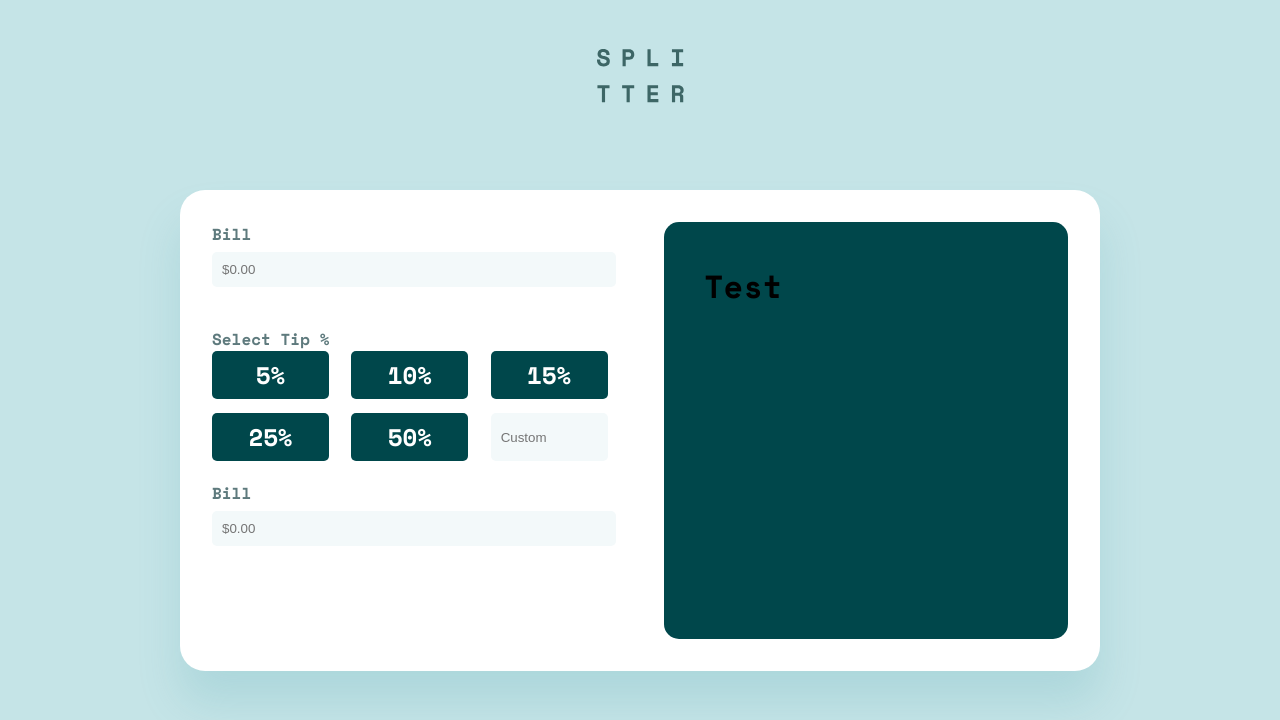
Repository: brandontaylor1/splitter
Page: index.html
The author's editor kept a copy of each file at every save. The page is drawn from the files as they stood at one save, then again after the next save.
The browser window is 1280 px wide. The pictures show the whole page.

Above is the page before, as saved 2025-02-06 16:51:13.

### index.html
<!DOCTYPE html>
<html lang="en">
<head>
    <meta charset="UTF-8">
    <meta name="viewport" content="width=device-width, initial-scale=1.0">
    <link rel="preconnect" href="https://fonts.googleapis.com">
    <link rel="preconnect" href="https://fonts.gstatic.com" crossorigin>
    <link href="https://fonts.googleapis.com/css2?family=Space+Mono:ital,wght@0,400;0,700;1,400;1,700&display=swap" rel="stylesheet">
    <link rel="stylesheet" href="styles.css">
    <title>Splitter | Tip Calculator</title>
</head>
<body>
    <img src="./assets/images/logo.svg" id="logo-image" alt="logo image">
    <main class="container">
            <div class="left-column">
                <div class="bill-input">
                    <h2>Bill</h2>
                    <input type="text" id="bill-input" placeholder="$0.00">
                </div>
                <div class="tip-input">
                    <h2 id="select-tip-title">Select Tip %</h2>
                    <div class="tip-buttons">
                        <button class="tip-button">5%</button>
                        <button class="tip-button">10%</button>
                        <button class="tip-button">15%</button>
                        <button class="tip-button">25%</button>
                        <button class="tip-button">50%</button>
                        <input type="text" id="custom-tip" placeholder="Custom">
                    </div>
                </div>
                <div class="bill-input">
                    <h2>Bill</h2>
                    <input type="text" id="bill-input" placeholder="$0.00">
                </div>
            </div>
        <div class="right-column">
            <h1>Test</h1>
        </div>
    </main>
</body>
</html>

### styles.css
* {
    box-sizing: border-box;
    margin: 0;
    padding: 0;
}

:root {
    --background-color: #C5E4E7;
    --input-button-color: #00474B;
    --primary-white: #fff;
    --calculated-numbers-color: #26C2AE;
    --input-title-color: #5E7A7D;
    --input-background-color: #F3F9FA;
    --input-icon-color: #9EBBBD;
    --title-text-color: #3D6666;
    --custom-input-color: #547878;
}

/* UTILITY CLASSES */
.space-mono-regular {
    font-family: "Space Mono", serif;
    font-weight: 400;
    font-style: normal;
  }

  .space-mono-bold {
    font-family: "Space Mono", serif;
    font-weight: 700;
    font-style: normal;
  }

  .space-mono-regular-italic {
    font-family: "Space Mono", serif;
    font-weight: 400;
    font-style: italic;
  }

  .space-mono-bold-italic {
    font-family: "Space Mono", serif;
    font-weight: 700;
    font-style: italic;
  }


body {
    background-color: #C5E4E7;
    height: 100vh;
    width: 100%;
    display: flex;
    flex-direction: column;
    justify-content: center;
    align-items: center;
    font-family: "Space Mono", monospace;
}

#logo-image {
    margin-bottom: 87px;
}

.container {
    background-color: var(--primary-white);
    width: 920px;
    height: 481px;
    border-radius: 25px;
    box-shadow: 0px 32px 43px 0px rgba(79, 166, 175, 0.20);
    display: grid;
    gap: 48px;
    grid-template-columns: 1fr 1fr;
    padding: 32px;
}

.left-column {
    grid-column: 1 / 2;
    width: 100%;
    height: 100%;
}

.right-column {
    grid-column: 2 / 3;
    width: 100%;
    height: 100%;
    border-radius: 15px;
    background-color: var(--input-text-color);
}

input {
    width: 100%;
    padding: 10px;
    display: flex;
    flex-direction: row;
    justify-content: space-between;
    background-color: var(--input-background-color);
    border: none;
    border-radius: 5px;
    margin-bottom: 20px;
}


.bill-input h2 {
    font-size: 16px;
    color: var(--input-title-color);
    margin-bottom: 6px;
}

.tip-buttons {
    display: grid;
    grid-template-columns: repeat(3, 1fr);
    gap: 14px;
}

#select-tip-title {
    color: #5E7A7D;
    font-size: 16px;
    margin-top: 40px;
}

.tip-button {
    width: 117px;
    height: 48px;
    flex-shrink: 0;
    border: none;
    border-radius: 5px;
    background-color: #00474B;
    color: var(--primary-white);
    font-family: "Space Mono", monospace;
    font-size: 24px;
    font-weight: 600;
}

.tip-button:hover {
    background-color: #26C2AE;
    color: #00474B;
}

#custom-tip {
    width: 117px;
    height: 48px;
}


.right-column {
    background-color: #00474B;
    padding: 40px;
}

After the next save:
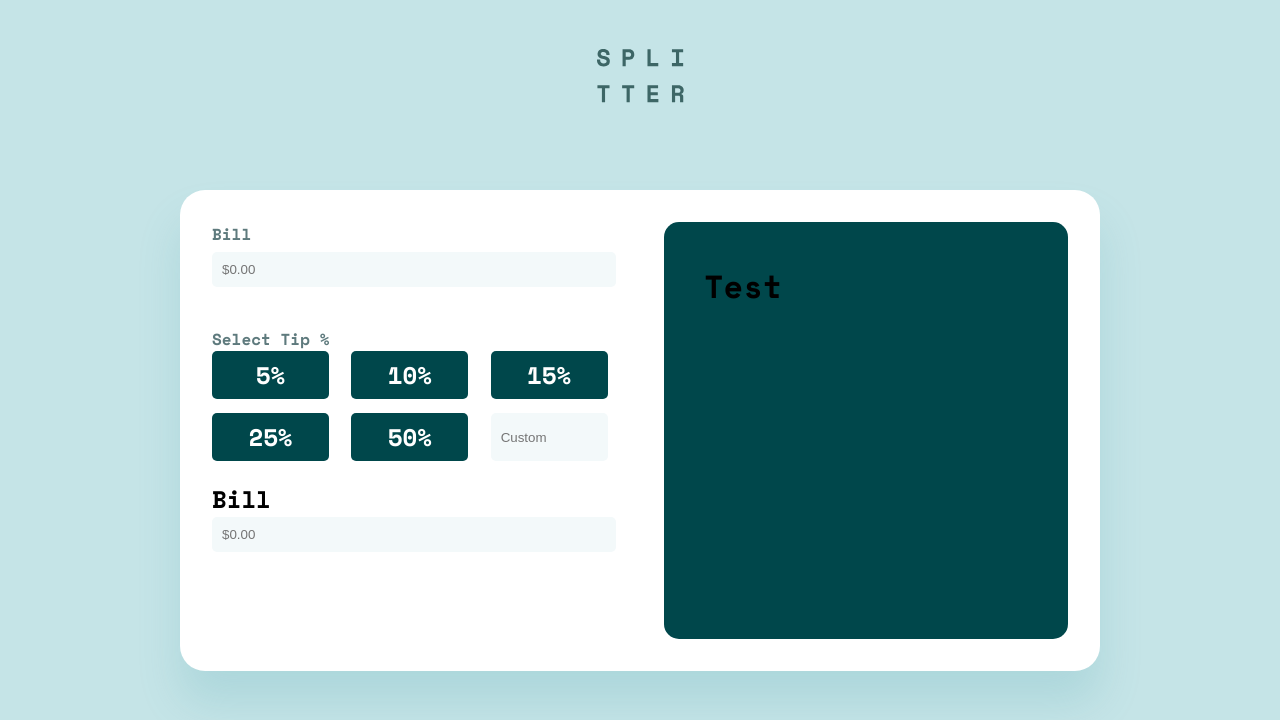
Saved 4 s later.
--- a/index.html
+++ b/index.html
@@ -28,7 +28,7 @@
                         <input type="text" id="custom-tip" placeholder="Custom">
                     </div>
                 </div>
-                <div class="bill-input">
+                <div class="number-input">
                     <h2>Bill</h2>
                     <input type="text" id="bill-input" placeholder="$0.00">
                 </div>
